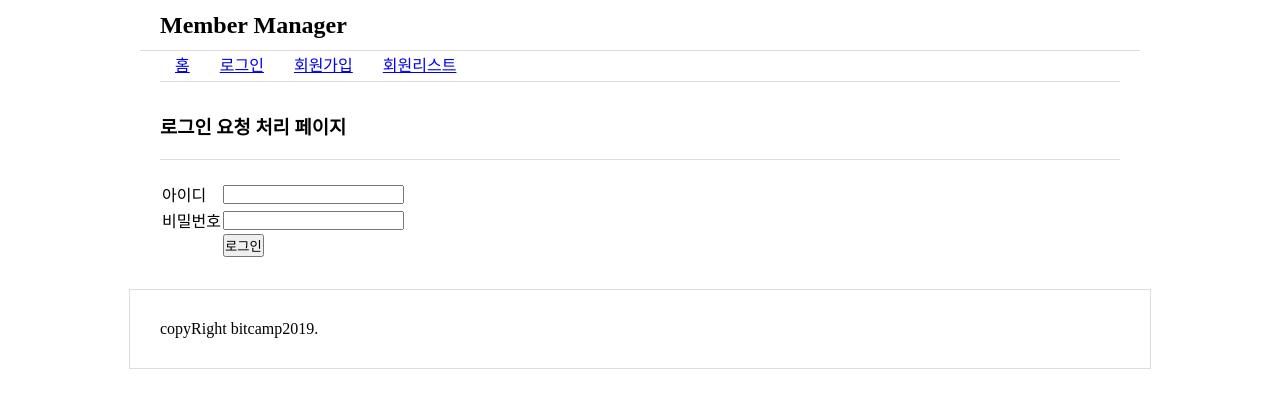
Repository: hhw9797/bitcampjn201904
Page: http://localhost/MemberManager/member/loginProcess.jsp
The author's editor kept a copy of each file at every save. The page is drawn from the files as they stood at one save, then again after the next save.
The browser window is 1280 px wide. The pictures show the whole page.
The page is served by Tomcat 9.

Above is the page before, as saved 2019-06-20 08:22:16.

After the next save:
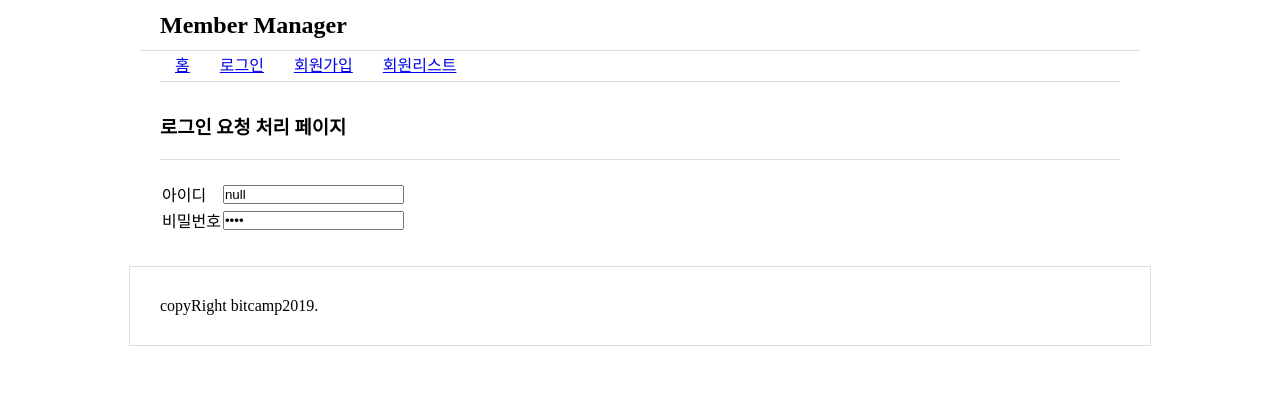
Saved 118 s later.
--- a/html/html5/jsp/MemberManager/WebContent/member/loginProcess.jsp
+++ b/html/html5/jsp/MemberManager/WebContent/member/loginProcess.jsp
@@ -12,7 +12,11 @@
 </style>
 </head>
 <body>
+<%
+	String userId = request.getParameter("uId");
+	String userPW = request.getParameter("uPw");
 
+%>
 <!-- 헤더 시작 -->
 <%@ include file="../frame/header.jsp" %>
 <!-- 헤더 끝 -->
@@ -30,15 +34,15 @@
 		<table>
 			<tr>
 				<td>아이디</td>
-				<td><input type="text" name="uId"></td>
+				<td><input type="text" name="uId" value="<%= userId %>"></td>
 			</tr>
 			<tr>
 				<td>비밀번호</td>
-				<td><input type="password" name="uPw"></td>
+				<td><input type="password" name="uPw" value="<%= userPW %>"></td>
 			</tr>
 			<tr>
 				<td></td>
-				<td><input type="submit" value="로그인"></td>
+				<td></td>
 			</tr>
 		</table>
 	</div>
